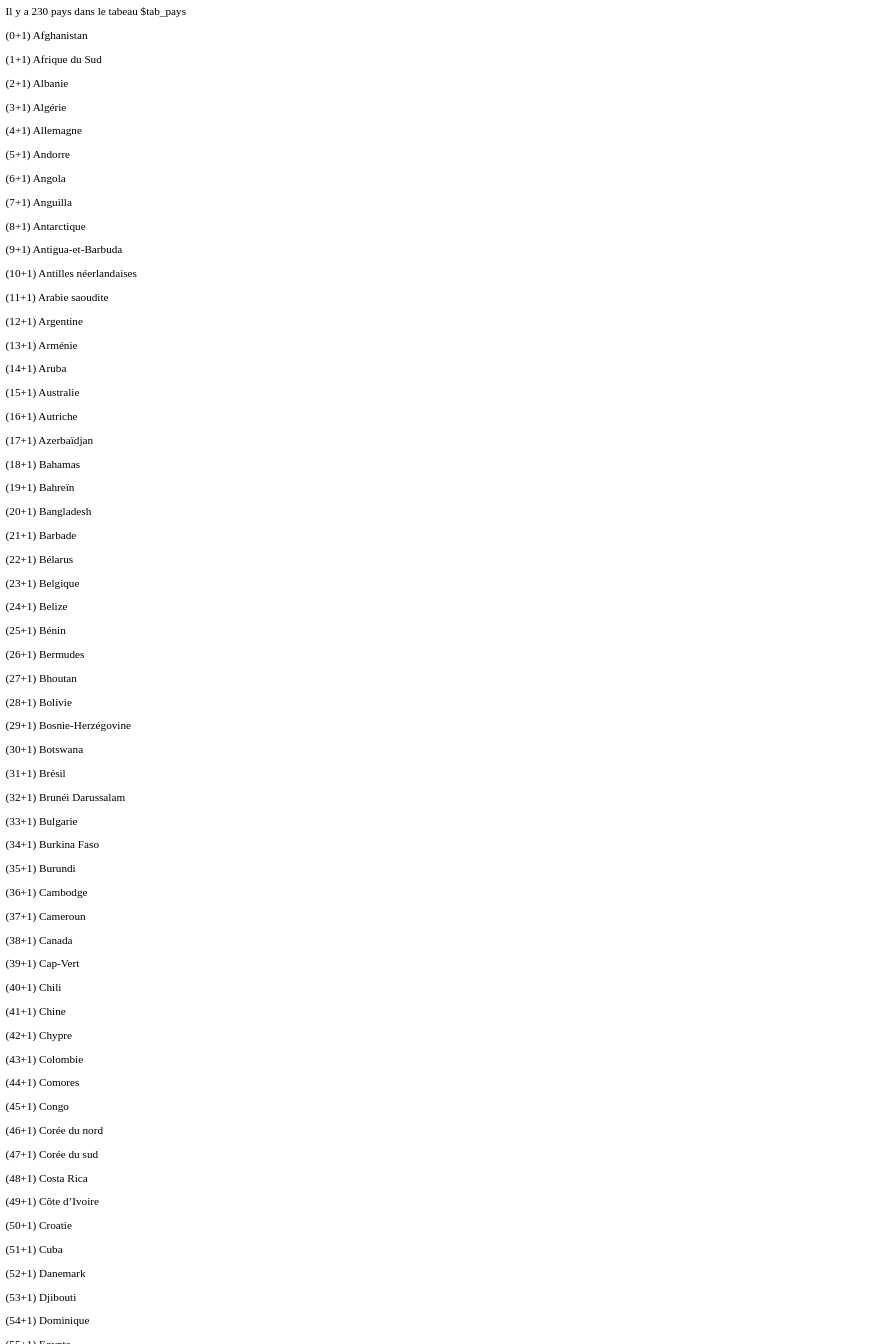
Repository: WebDevCF2m2021/base-php-2021
Page: http://localhost/07-for-sur-tableau.php
The author's editor kept a copy of each file at every save. The page is drawn from the files as they stood at one save, then again after the next save.
The browser window is 1280 px wide. The pictures show the part of the page from y = 0 to 1920 px (the page is 7862 px tall before and 720 px after), at 70% of full size.
The page is run by PHP 8.4 with error messages shown; the project is at /var/www/html/.

Above is the page before, as saved 2021-07-07 12:07:44.

After the next save:
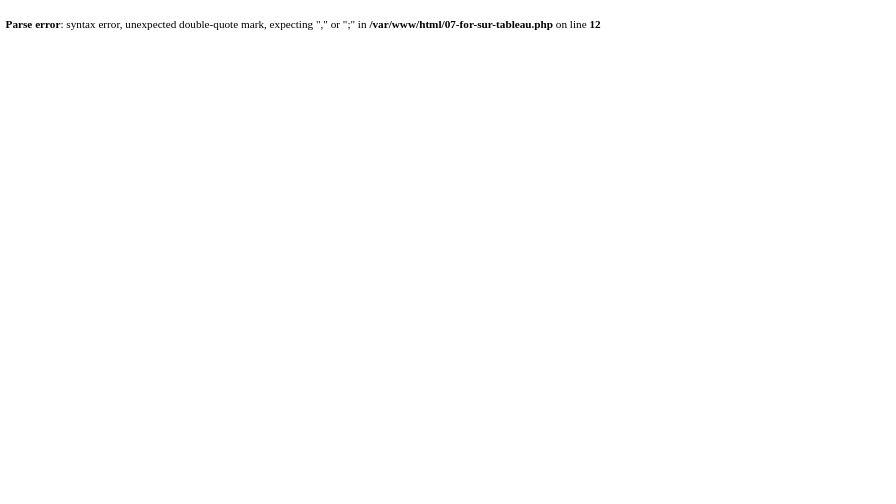
Saved 56 s later.
--- a/07-for-sur-tableau.php
+++ b/07-for-sur-tableau.php
@@ -9,5 +9,5 @@
 echo "<p>Il y a $numberOfCountries".' pays dans le tabeau $tab_pays</p>';
 
 for ($n=0;$n<$numberOfCountries;$n++){
-    echo "<p>($n+1) $tab_pays[$n]</p>";
+    echo "<p>".$n+1." $tab_pays[$n]</p>";
 }

After the save that followed:
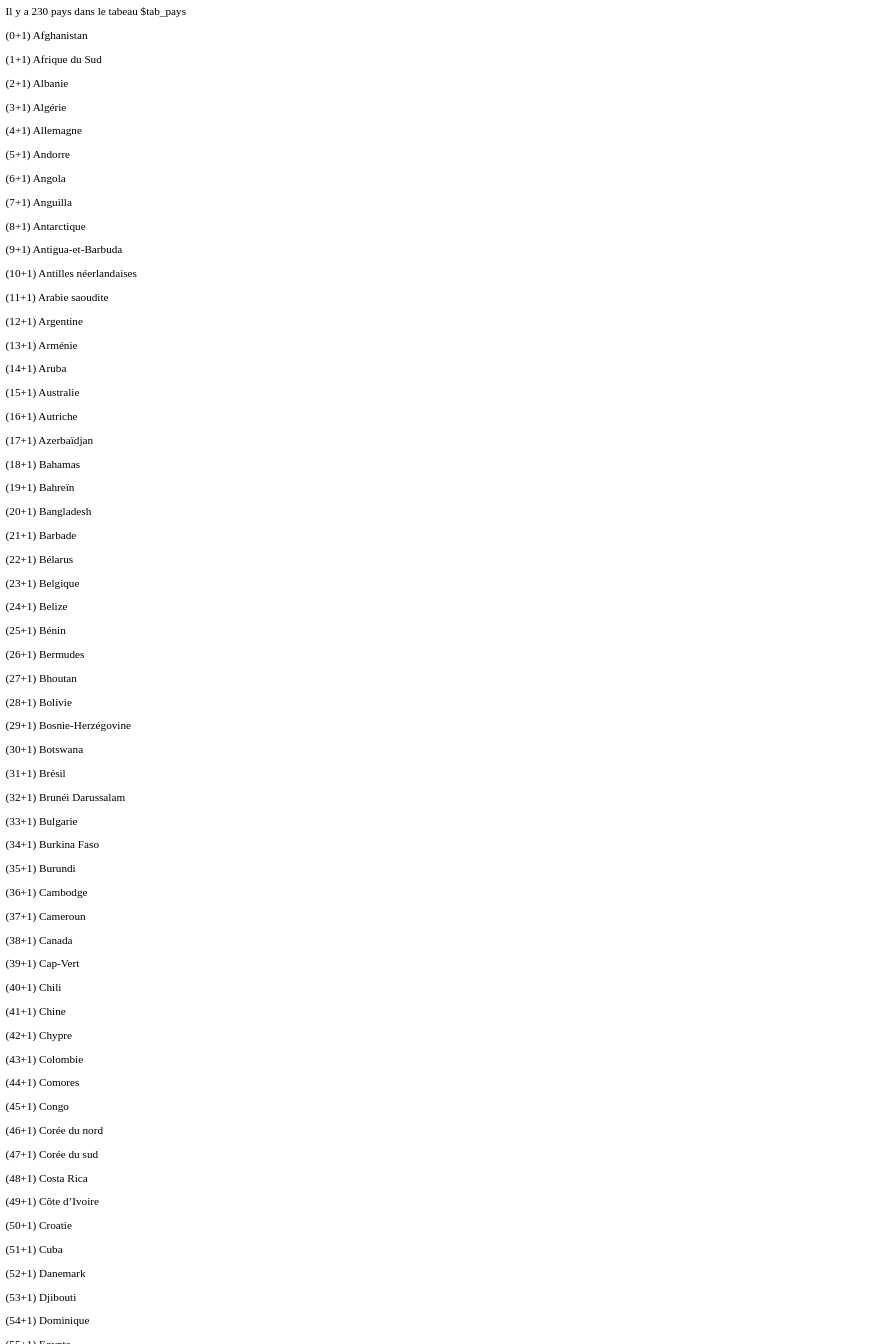
Saved 26 s later.
--- a/07-for-sur-tableau.php
+++ b/07-for-sur-tableau.php
@@ -9,5 +9,5 @@
 echo "<p>Il y a $numberOfCountries".' pays dans le tabeau $tab_pays</p>';
 
 for ($n=0;$n<$numberOfCountries;$n++){
-    echo "<p>".$n+1." $tab_pays[$n]</p>";
+    echo "<p>"."($n+1)"." $tab_pays[$n]</p>";
 }
